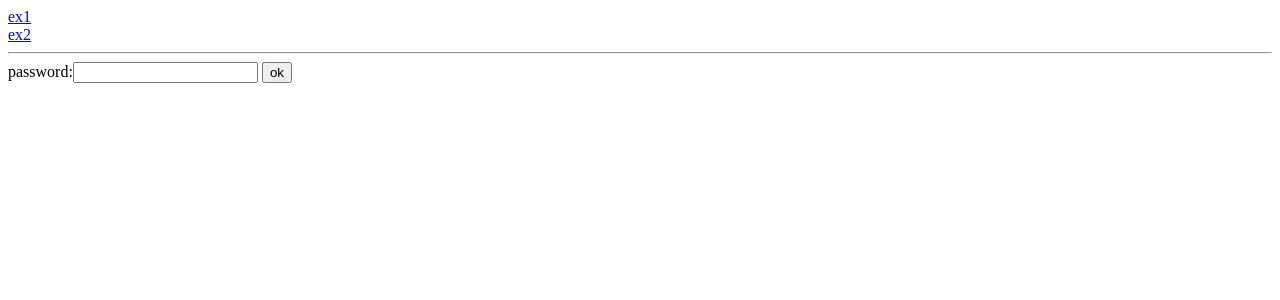
Repository: jtlai0921/javaweb1108
Page: javawebex/WebContent/servletEX/exam.html
These files come from the project's save history. The page is drawn as it stood at one moment and after the next save; the edit follows.
The browser window is 1280 px wide. The pictures show the whole page.

Above is the page before, as saved 2020-11-15 06:35:49.

### javawebex/WebContent/servletEX/exam.html
<!DOCTYPE html>
<html>
<head>
<meta charset="BIG5">
<title>Insert title here</title>
</head>
<body>
<a href="../ex1" target=_blank>ex1</a><br>
<a href="../ex2" target=_blank>ex2</a>
<hr>
<form action="../ex3" method="post">
password:<input type="password" name="password">
<input type="submit" value="ok">
</form>
</body>
</html>

After the next save:
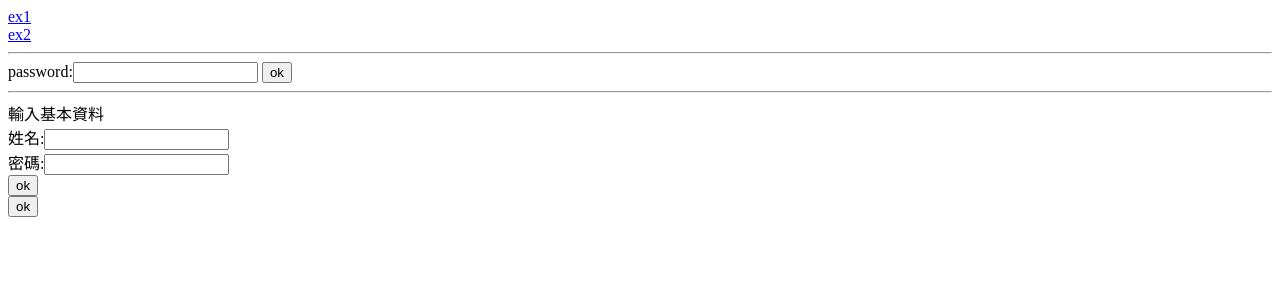
Saved 10 min 52 s later.
--- a/javawebex/WebContent/servletEX/exam.html
+++ b/javawebex/WebContent/servletEX/exam.html
@@ -12,5 +12,13 @@
 password:<input type="password" name="password">
 <input type="submit" value="ok">
 </form>
+<hr>
+<form action="../ex3" method="post">
+	輸入基本資料<br>
+	姓名:<input type="text" name="name"><br>
+	密碼:<input type="password" name="password"><br>
+	<input type="submit" value="ok">
+</form>
+<input type="submit" value="ok">
 </body>
 </html>
